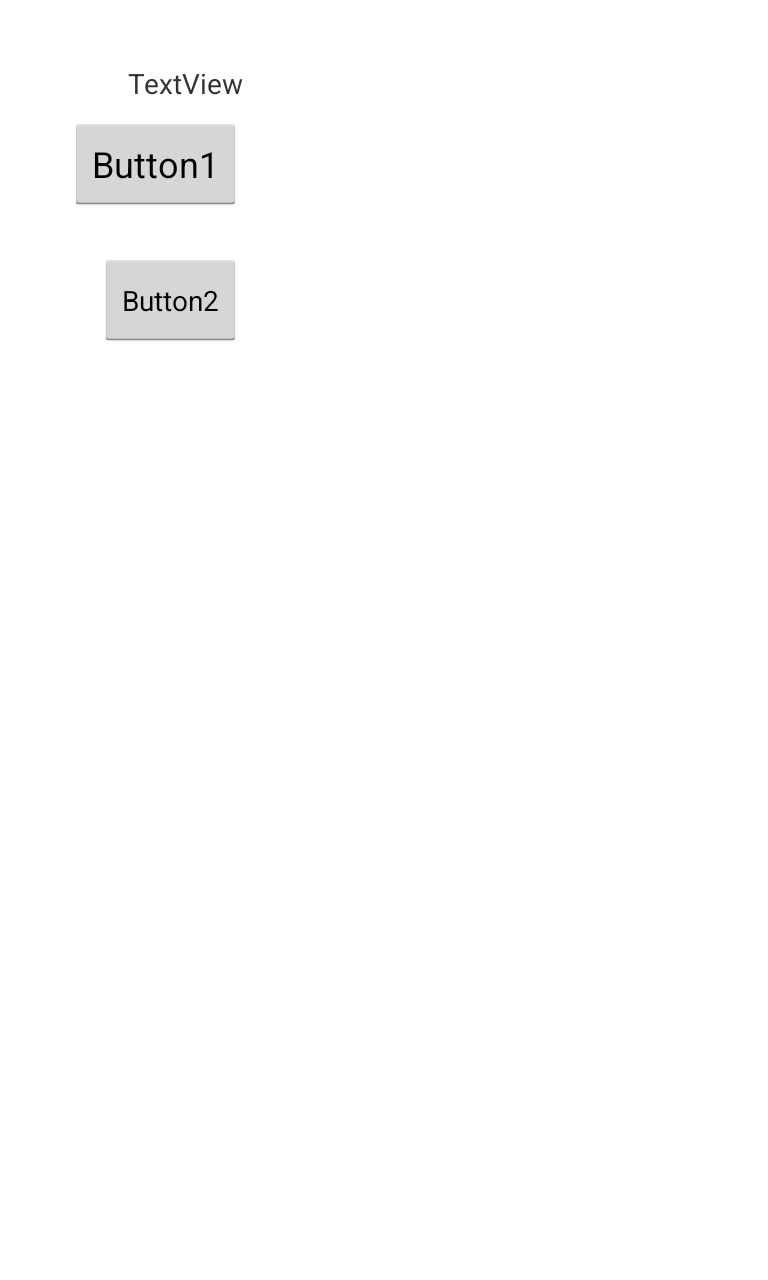
Repository: freelancer-dorian/exerciseAndroid
Layout: 05-20-UIBasic/Buttons/res/layout/fragment_main.xml
The author's editor kept a copy of each file at every save. The layout is drawn from the files as they stood at one save, then again after the next save.
It is drawn on a 768 x 1280 px phone screen (xhdpi) without system bars, with theme AppTheme; the app's code is not run.

Above is the layout before, as saved 2014-05-20 03:25:26.

After the next save:
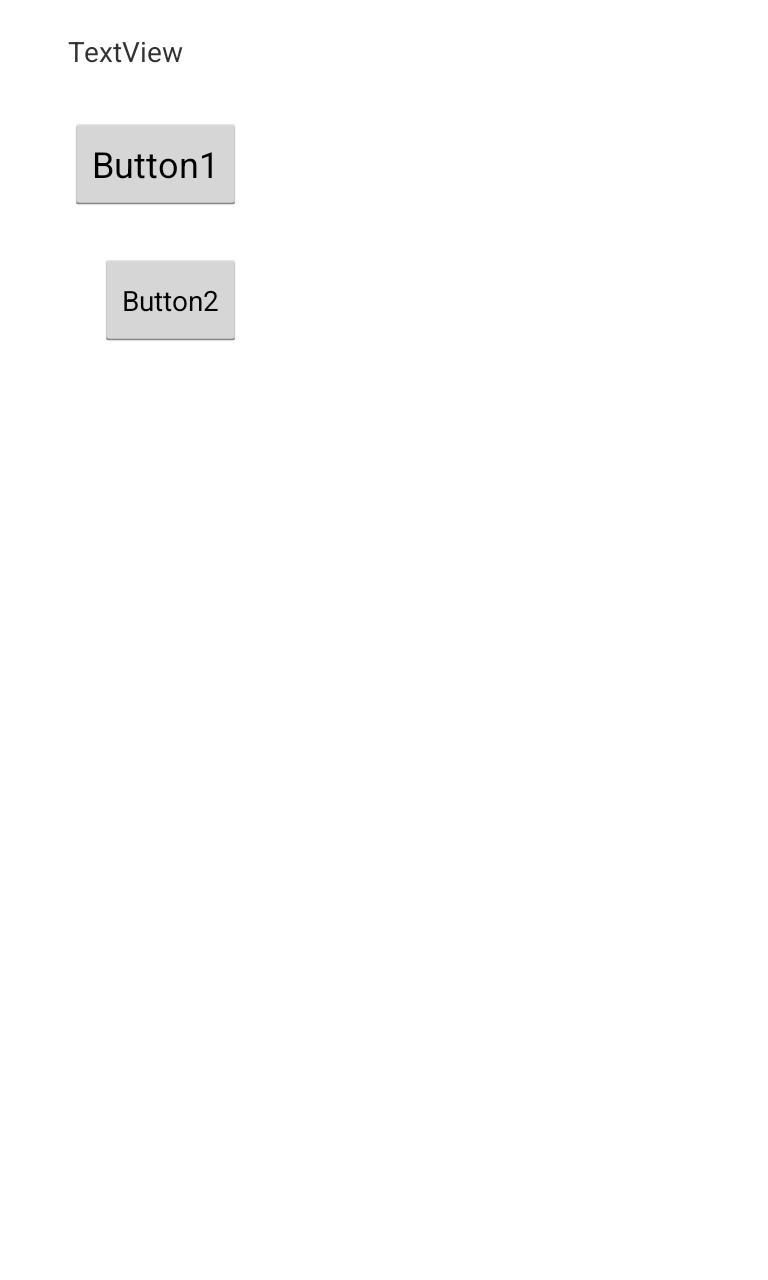
Saved 7 s later.
--- a/05-20-UIBasic/Buttons/res/layout/fragment_main.xml
+++ b/05-20-UIBasic/Buttons/res/layout/fragment_main.xml
@@ -32,9 +32,8 @@
         android:id="@+id/textView1"
         android:layout_width="wrap_content"
         android:layout_height="wrap_content"
+        android:layout_alignLeft="@+id/button1"
         android:layout_alignParentTop="true"
-        android:layout_alignRight="@+id/button1"
-        android:layout_marginTop="16dp"
         android:text="TextView" />
 
 </RelativeLayout>
